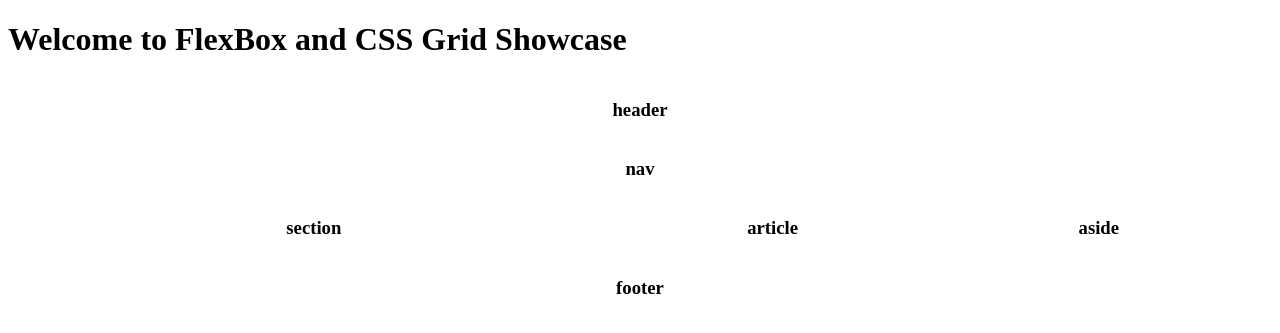
Repository: Awhit-commits/CSS_GRID_AND_FLEXBOX_LESSON
Page: index.html
An editor plug-in stored every save of this project. The page is shown before and after a run of saves, followed by the edit.
The browser window is 1280 px wide. The pictures show the whole page.

Above is the page before, as saved 2020-12-21 10:19:35.

### index.html
<!DOCTYPE html>
<html lang="en">

<head>
    <meta charset="UTF-8">
    <meta name="viewport" content="width=device-width, initial-scale=1.0">
    <title>Document</title>
    <link rel="stylesheet" href="style.css">
</head>

<body>
    <h1>Welcome to FlexBox and CSS Grid Showcase</h1>
    <div class="containerFlex">
        <div class="header">
            <h3>header</h3>

        </div>
        <div class="nav">
            <h3>nav</h3>
        </div>
        <div class="section">
            <h3>section</h3>
        </div>
        <div class="article">
            <h3>article</h3>
        </div>
        <div class="aside">
            <h3>aside</h3>
        </div>
        <div class="footer">
            <h3>footer</h3>
        </div>
    </div>
    <script src="script.js"></script>
</body>

</html>

### style.css
.containerFlex{
    display: flex;
    flex-flow: row wrap;

    justify-content: flex-end;
}
.containerFlex > *{
    flex:1 100%
}

.header{
    /* justify-content: flex-start; */
    text-align: center;
    /* flex-grow: 4; */
}

.nav{
    text-align: center;
    /* flex-grow: 3; */
}
.section{
    text-align: center;
    flex: 2;
}
.article{
    text-align: center;
    flex: 1 0px;
}
.footer{
    text-align: center;
}
.aside{
    text-align: center;
    flex: 1 auto;
}

### script.js
console.log(`Hello World`);

After the next 2 saves:
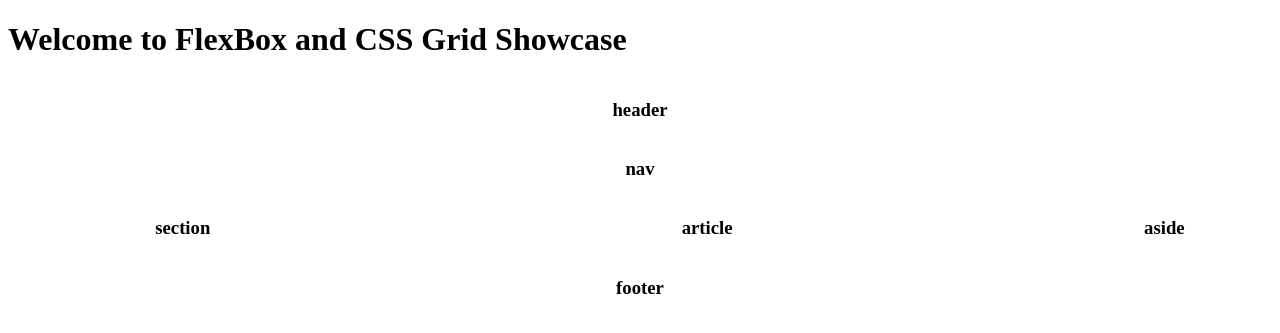
The 2 saves are shown as one change because they came seconds apart.
The last was saved 14 s later.
--- a/style.css
+++ b/style.css
@@ -24,7 +24,7 @@
 }
 .article{
     text-align: center;
-    flex: 1 0px;
+    flex: 4 0px;
 }
 .footer{
     text-align: center;

After the save that followed:
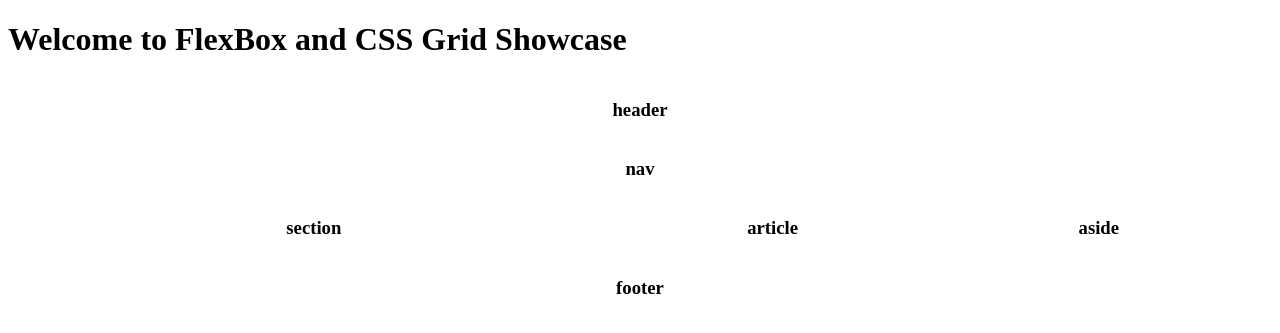
Saved 4 s later.
--- a/style.css
+++ b/style.css
@@ -24,7 +24,7 @@
 }
 .article{
     text-align: center;
-    flex: 4 0px;
+    flex: 1 0px;
 }
 .footer{
     text-align: center;
